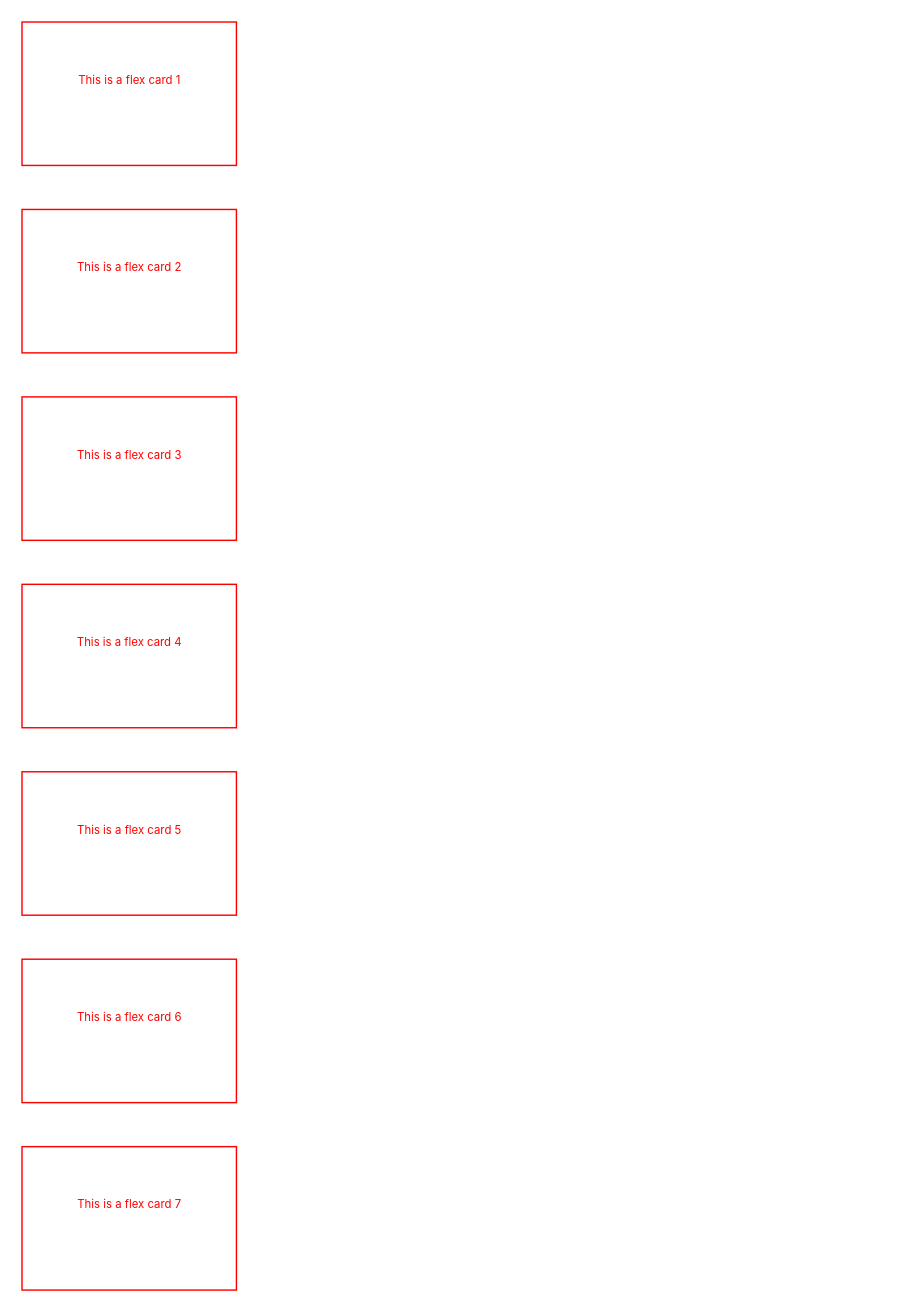
Repository: thai-shriya/anxiety-tracker
Page: /
These files come from the project's save history. The page is drawn as it stood at one moment and after the next save; the edit follows.
The browser window is 1280 px wide. The pictures show the whole page, at 71% of full size.
The project was rebuilt for these pictures with package versions that can differ from the ones it lists, and the page was loaded fresh each time.

Above is the page before, as saved 2024-04-22 14:44:30.

After the next save:
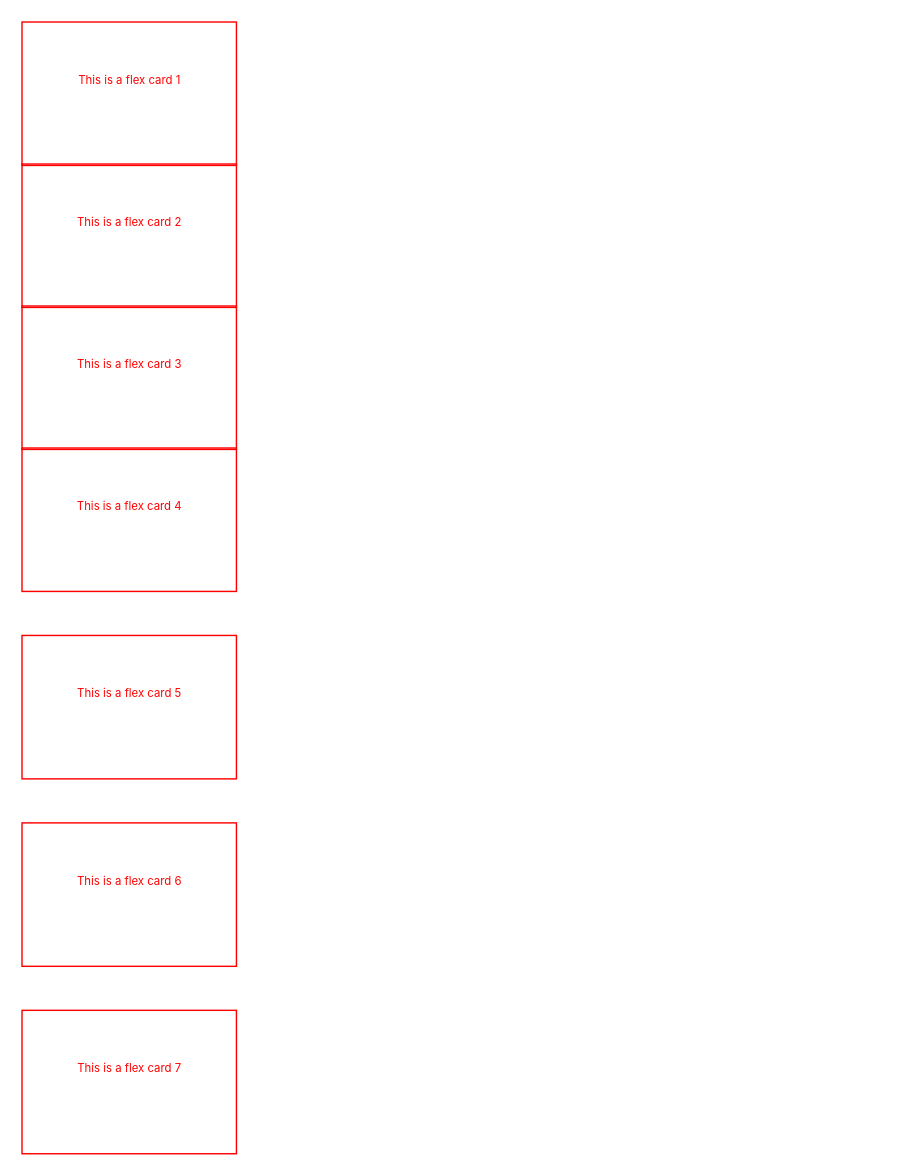
Saved 35 s later.
--- a/src/App.css
+++ b/src/App.css
@@ -1,6 +1,6 @@
 .main-container{
   display: grid;
-  grid-template-rows: repeat(3);
+  grid-template-rows: repeat(3, 200px);
 }
 .flex-card-container{
   border: 2px solid red;
